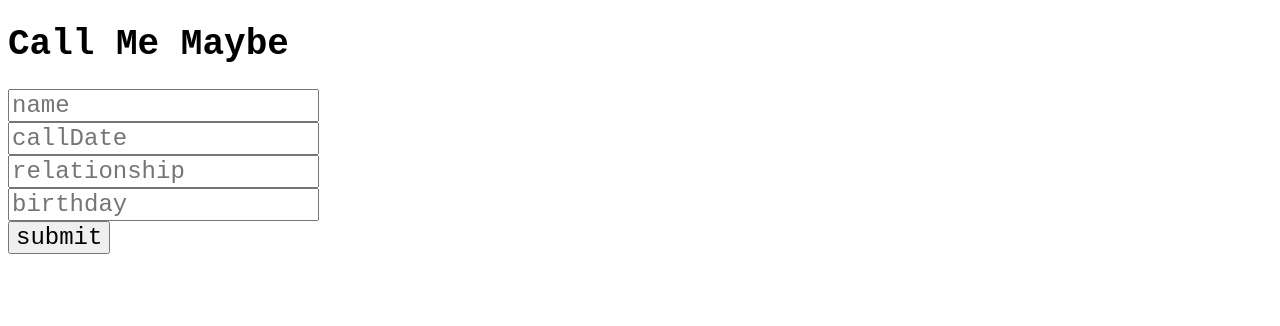
Repository: sviaduc/CallMeMaybe
Page: CallMeMaybeRest/WebContent/index.html
An editor plug-in stored every save of this project. The page is shown before and after the next save, followed by the edit.
The browser window is 1280 px wide. The pictures show the whole page.
The page's requests for data from a server got no answer. Some web libraries are served in a nearby version.

Above is the page before, as saved 2017-10-22 20:05:51.

After the next save:
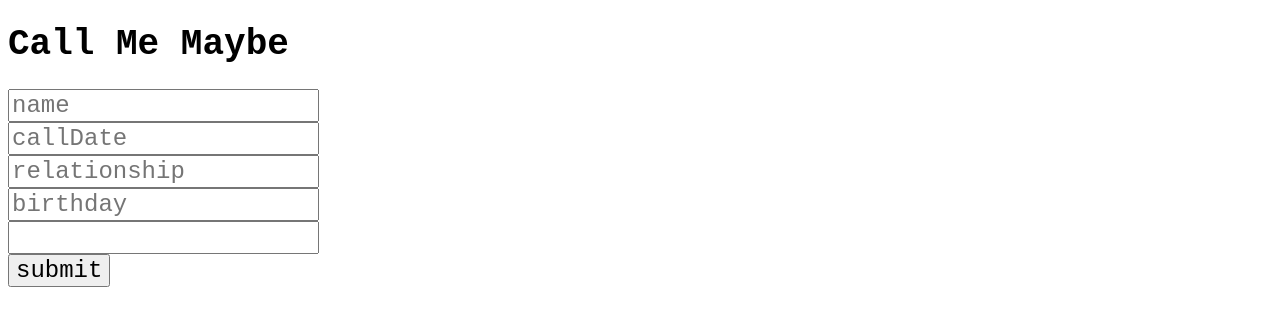
Saved 4 min 15 s later.
--- a/CallMeMaybeRest/WebContent/index.html
+++ b/CallMeMaybeRest/WebContent/index.html
@@ -16,6 +16,8 @@
       <input type="text" name="relationship" placeholder="relationship">
       <!-- <input type="text" name="img"  placeholder="img"> -->
       <input type="text" name="birthday"  placeholder="birthday">
+      <input type="text" name="carePoints"  type="hidden">
+
       <input id= "create" type="submit" name="" value="submit">
     </form>
 	<div id="updateButton">
